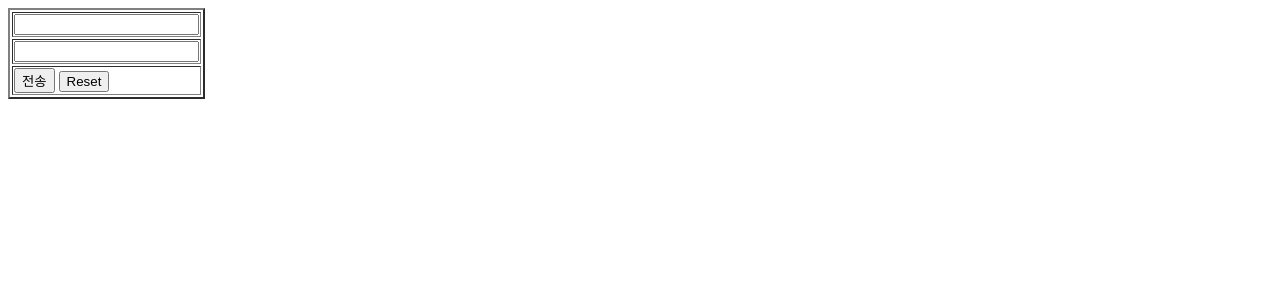
Repository: qodydrjs/JSPproject
Page: http://localhost/HomePageJSP/LoginPage.jsp
The author's editor kept a copy of each file at every save. The page is drawn from the files as they stood at one save, then again after the next save.
The browser window is 1280 px wide. The pictures show the whole page.
The page is served by Tomcat 9. Other server files are loaded and not shown.

Above is the page before, as saved 2018-01-03 03:17:35.

### HomePageJSP/WebContent/LoginPage.jsp
<%@ page language="java" contentType="text/html; charset=EUC-KR"
    pageEncoding="EUC-KR"%>
<%@ page trimDirectiveWhitespaces="true" %>
<!DOCTYPE html PUBLIC "-//W3C//DTD HTML 4.01 Transitional//EN" "http://www.w3.org/TR/html4/loose.dtd">
<html>
<head>
<meta http-equiv="Content-Type" content="text/html; charset=EUC-KR">
<title>로그인 페이지</title>
</head>
<body>
<form action="Logincheck.jsp" method="post">

<table border="2">
 <tr>
 	<td>
	 <input type="text" name='id' maxlength="10" width="10">
 	</td>
 </tr>
 <tr>
 	<td width="">
 	<input type="password" name="pass" maxlength="10" width="10">
 	</td>
 </tr>
 <tr>
 	<td>
 	 <input type="submit" value="전송">
 	 <input type="reset" value="Reset">
 	</td>
 </tr>

</table>



</form>

</body>
</html>

Loaded but not shown: HomePageJSP/WebContent/css/bootstrap.css (library); HomePageJSP/WebContent/js/bootstrap.js (library)

After the next save:
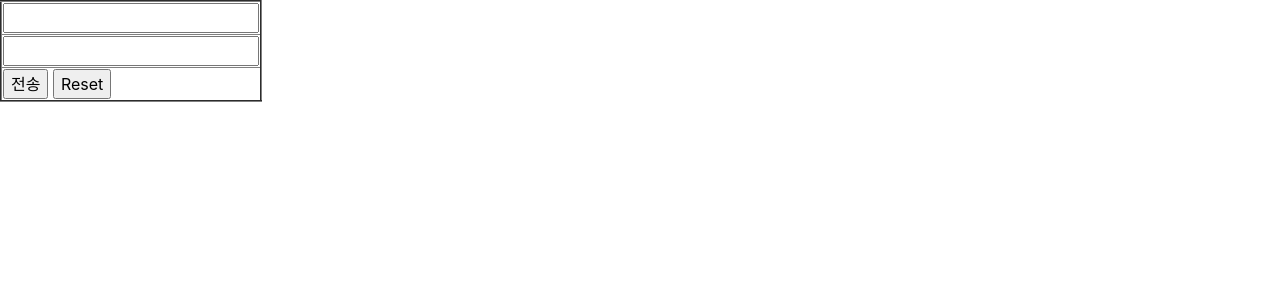
Console error: TypeError: Cannot read properties of undefined (reading 'fn')
Saved 22 h 46 min later.
--- a/HomePageJSP/WebContent/LoginPage.jsp
+++ b/HomePageJSP/WebContent/LoginPage.jsp
@@ -5,9 +5,14 @@
 <html>
 <head>
 <meta http-equiv="Content-Type" content="text/html; charset=EUC-KR">
+<link rel="stylesheet" href="css/bootstrap.css">
+
 <title>로그인 페이지</title>
 </head>
 <body>
+
+
+
 <form action="Logincheck.jsp" method="post">
 
 <table border="2">
@@ -34,5 +39,6 @@
 
 </form>
 
+<script type="text/javascript" src="js/bootstrap.js"></script>
 </body>
 </html>
